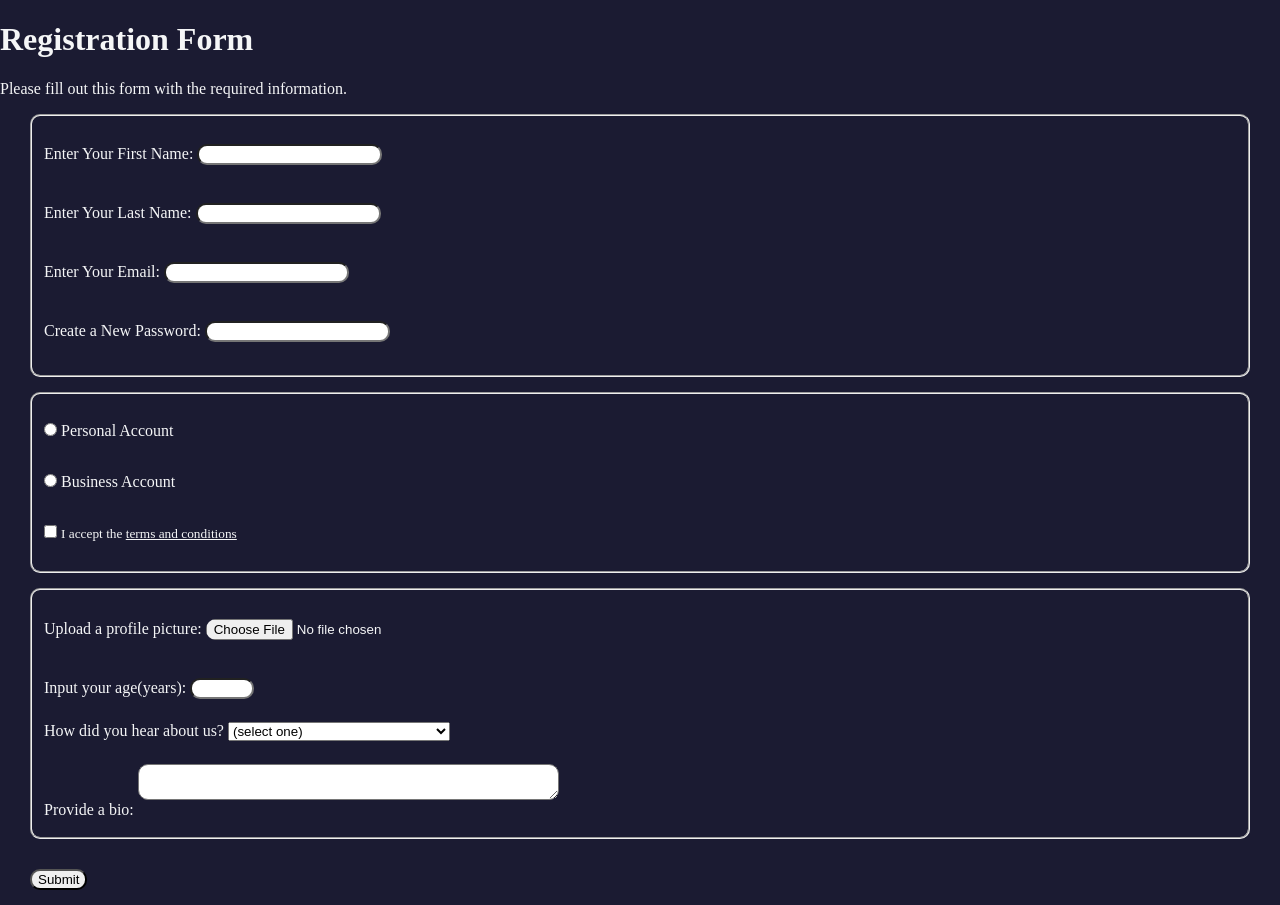
Repository: Lungdjos/registration_form
Page: index.html
These files come from the project's save history. The page is drawn as it stood at one moment and after the next save; the edit follows.
The browser window is 1280 px wide. The pictures show the whole page.

Above is the page before, as saved 2023-09-28 16:26:07.

### index.html
<!DOCTYPE html>
<html lang="en">

<head>
    <meta charset="UTF-8">
    <meta name="viewport" content="width=device-width, initial-scale=1.0">
    <title>Registration Form</title>
    <link rel="stylesheet" href="indexStyles.css">
</head>

<body>
    <h1>Registration Form</h1>
    <p>Please fill out this form with the required information.</p>
    <form action="https://register-demo.freecodecamp.org" method="post">
        <fieldset>
            <label for="first-name">Enter Your First Name: <input type="text" id="first-name" required> </label>
            <label for="last-name">Enter Your Last Name: <input type="text" id="last-name" required> </label>
            <label for="email">Enter Your Email: <input type="email" id="email" required> </label>
            <label for="new-password">Create a New Password: <input type="password" id="new-password" pattern="[A-Za-z0-9]{8,}" minlength="8" required> </label>
        </fieldset>
        <fieldset>
            <label for="personal-account"> <input type="radio" name="account-type" id="personal-account"> Personal Account</label>
            <label for="business-account"> <input type="radio" name="account-type" id="business-account"> Business Account</label>
            <label for="terms-and-conditions"> <input type="checkbox" name="" id="terms-and-conditions" required> <small>I accept the <a href="https://www.freecodecamp.org/news/terms-of-service/">terms and conditions</a> </small> </label>
        </fieldset>
        <fieldset>
            <label for="profile-pic">Upload a profile picture: <input type="file" name="" id="profile-pic"></label>
            <label for="age">Input your age(years): <input type="number" name="" id="" min="13" max="100"> </label>

            <label for=""> How did you hear about us?
                <select name="" id="">
                    <option value="">(select one)</option>
                    <option value="1">freeCodeCamp News</option>
                    <option value="2">freeCodeCamp YouTube Channel</option>
                    <option value="3">freeCodeCamp Forum</option>
                    <option value="4">Other</option>
                </select>
            </label>
            <label for="">Provide a bio:
                <textarea name="" id="" cols="50" rows="2">

                </textarea>
            </label>
        </fieldset>

        <input type="submit" value="Submit" name="" id="">
    </form>
</body>

</html>

### indexStyles.css
/* CSS for the Registration Form */

body {
    width: 100%;
    height: 100vh;
    /* will need to set the value to */
    margin: auto;
    background-color: #1b1b32;
    color: #f5f6f7;
}

label {
    display: block;
    margin: .5rem 0;
}

a {
    color: #f5f6f7;
}

form {
    margin: 0px 30px 0px 30px;
}

fieldset,
input,
textarea {
    margin: 15px 0px 15px 0px;
    border-radius: 10px;
}

After the next save:
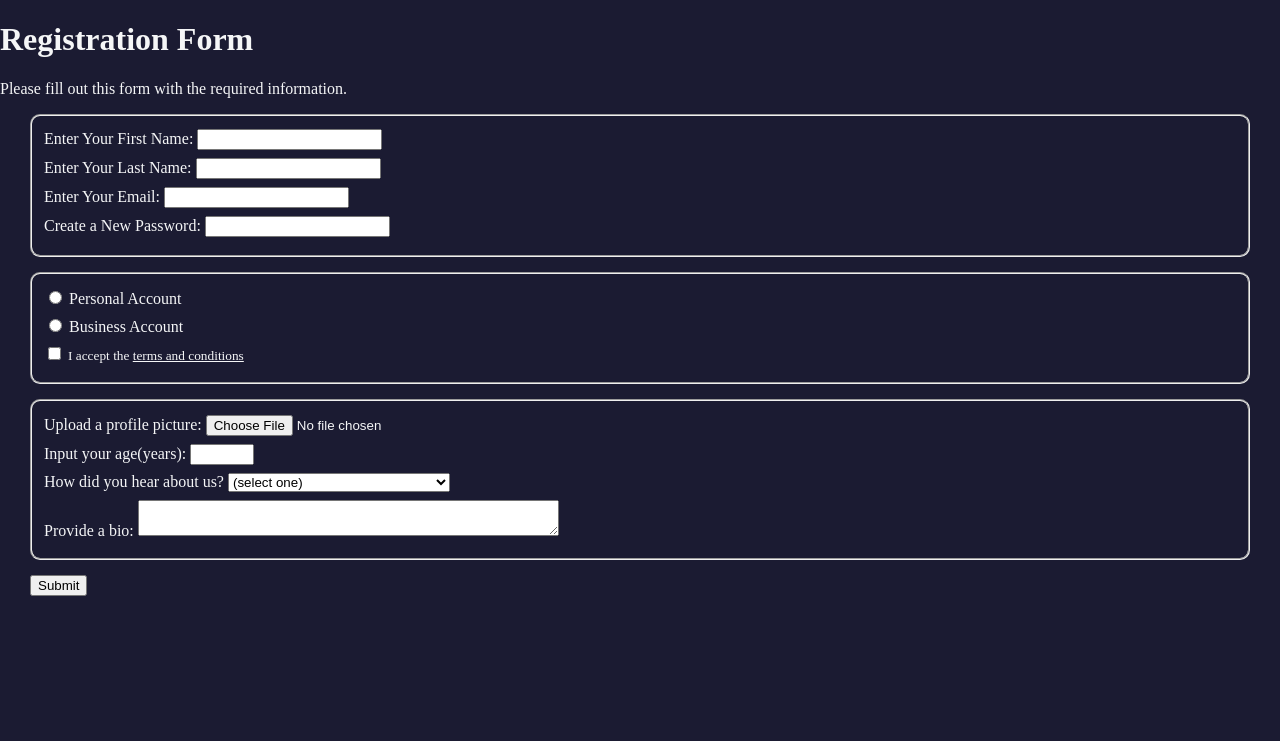
Saved 40 s later.
--- a/indexStyles.css
+++ b/indexStyles.css
@@ -22,9 +22,7 @@ form {
     margin: 0px 30px 0px 30px;
 }
 
-fieldset,
-input,
-textarea {
+fieldset {
     margin: 15px 0px 15px 0px;
     border-radius: 10px;
 }
